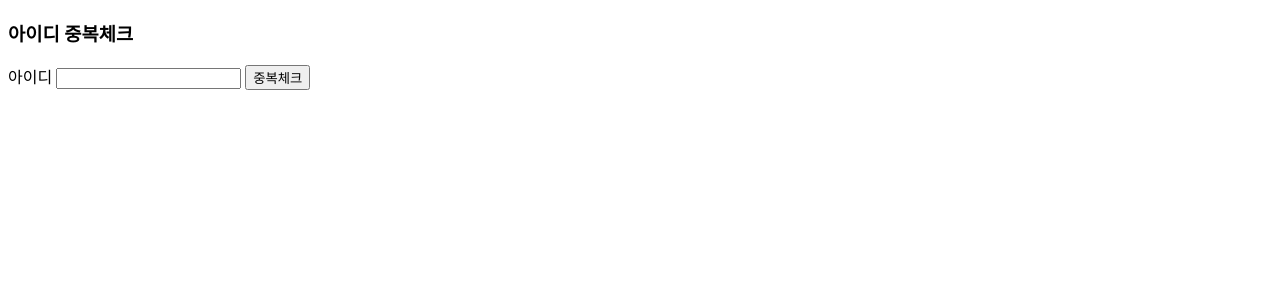
Repository: yjeongyjeong/jsp
Page: http://localhost/web-study-09-re/idCheck.do
The author's editor kept a copy of each file at every save. The page is drawn from the files as they stood at one save, then again after the next save.
The browser window is 1280 px wide. The pictures show the whole page.
The page is served by Tomcat 9. Queries for data that is not in the repository find no rows.

Above is the page before, as saved 2023-10-16 07:36:13.

After the next save:
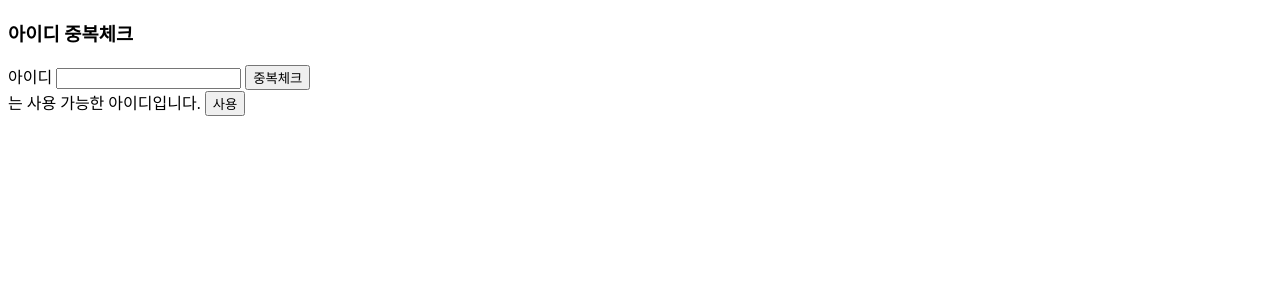
Saved 2 min 3 s later.
--- a/web-study-09-re/src/main/webapp/member/idCheck.jsp
+++ b/web-study-09-re/src/main/webapp/member/idCheck.jsp
@@ -25,7 +25,7 @@ result : ${result } --%>
 		 	</script>
 		 	${userid}는 이미 사용 중인 아이디입니다.
 		 </c:if>
-		<c:if test="${userid==-1}">
+		<c:if test="${result==-1}">
 			${userid}는 사용 가능한 아이디입니다.
 			<input type="button" value="사용" class="cancel" onclick="idOk()">
 		</c:if>
